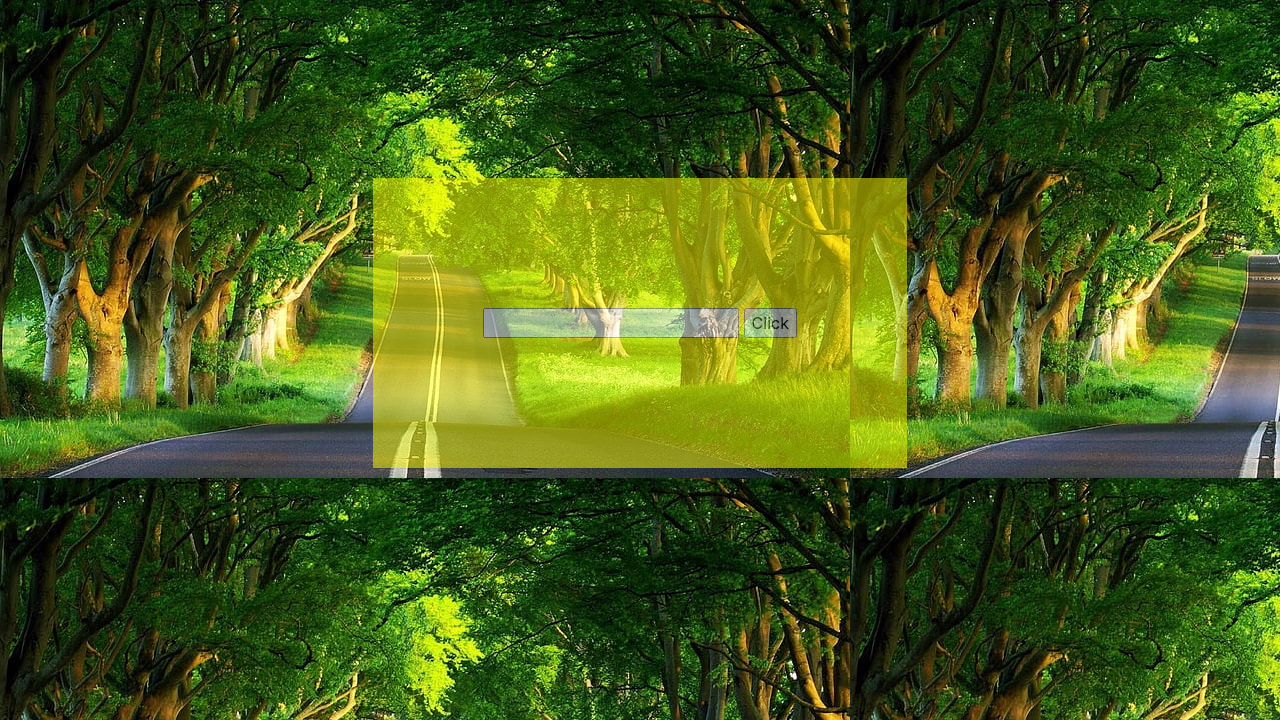
Repository: prashantkumarbind/Hospital-Weather-Concept
Page: http://localhost/weather-app/
These files come from the project's save history. The page is drawn as it stood at one moment and after the next save; the edit follows.
The browser window is 1280 px wide. The pictures show the whole page.
The page is served by Tomcat 9. Other server files are loaded and not shown.

Above is the page before, as saved 2024-01-19 07:21:00.

### weather-app/src/main/webapp/index.jsp
<%@ page language="java" contentType="text/html; charset=ISO-8859-1"
    pageEncoding="ISO-8859-1"%>
<!DOCTYPE html>
<html>
<head>
<meta charset="ISO-8859-1">
<meta charset="utf-8">
<meta name="viewport" content="width=device-width, initial-scale=1, shrink-to-fit=no">
<link rel="stylesheet" href="https://cdn.jsdelivr.net/npm/bootstrap@4.6.2/dist/css/bootstrap.min.css">
<title>weather app</title>
<style>
	body{
		 background-image: url("img/we3.jpg");
	}
	.controller{
		margin-top:130px;
		background-color:yellow;
		padding:130px 100px;
		opacity: 0.50;

	}
</style>
</head>
<body>

		<section class="form-top-header header-top mt-5">
			<div class="container-fluid">
				<div class="row justify-content-center">
					<div class="col-5 form controller text-center">
						<form action="FormDataController" method="Post">
							 <div class="form-design">
							 	<input type="text" name="city_name" class="">
							 	<input class="button-design" type="submit" value="Click">
							 </div>
						</form>
					</div>
				</div>
			</div>
		</section>

 <!-- <script src="https://cdn.jsdelivr.net/npm/jquery@3.5.1/dist/jquery.slim.min.js"></script>
 <script src="https://cdn.jsdelivr.net/npm/bootstrap@4.6.2/dist/js/bootstrap.bundle.min.js"></script>
 -->
</body>
</html>

After the next save:
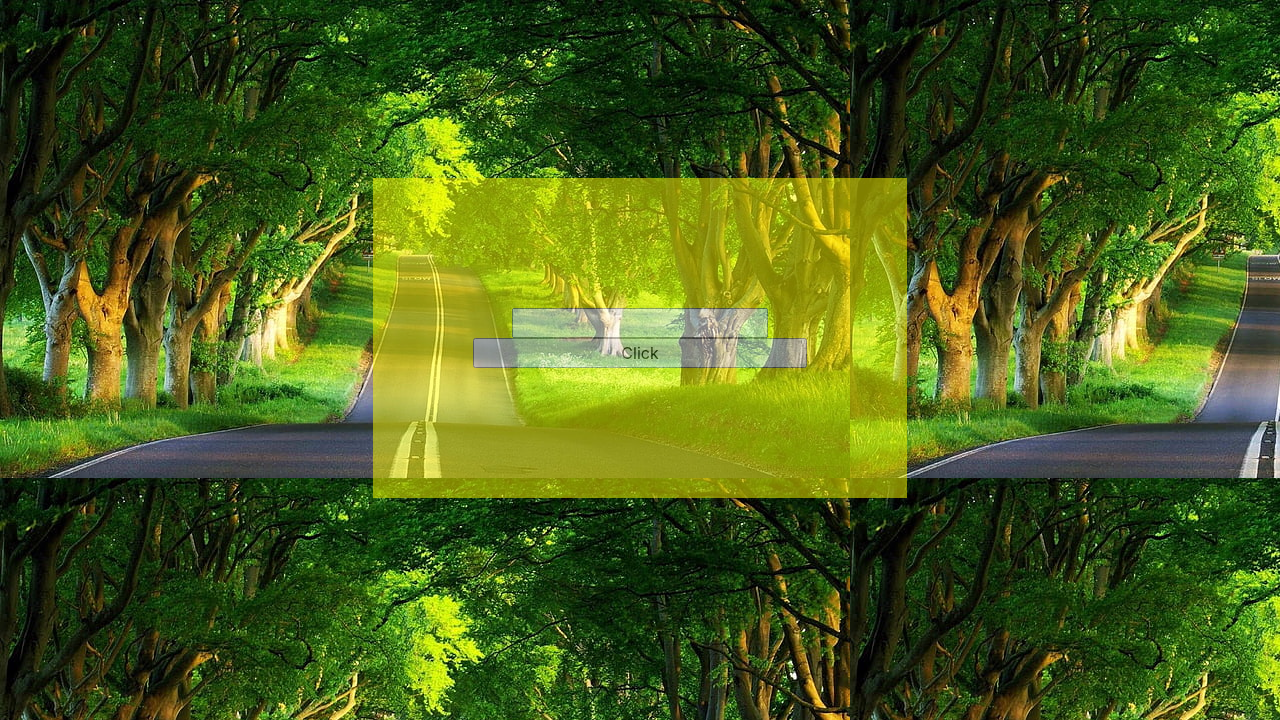
Saved 30 s later.
--- a/weather-app/src/main/webapp/index.jsp
+++ b/weather-app/src/main/webapp/index.jsp
@@ -30,7 +30,7 @@
 						<form action="FormDataController" method="Post">
 							 <div class="form-design">
 							 	<input type="text" name="city_name" class="">
-							 	<input class="button-design" type="submit" value="Click">
+							 	<input class="button-design w-100" type="submit" value="Click">
 							 </div>
 						</form>
 					</div>
